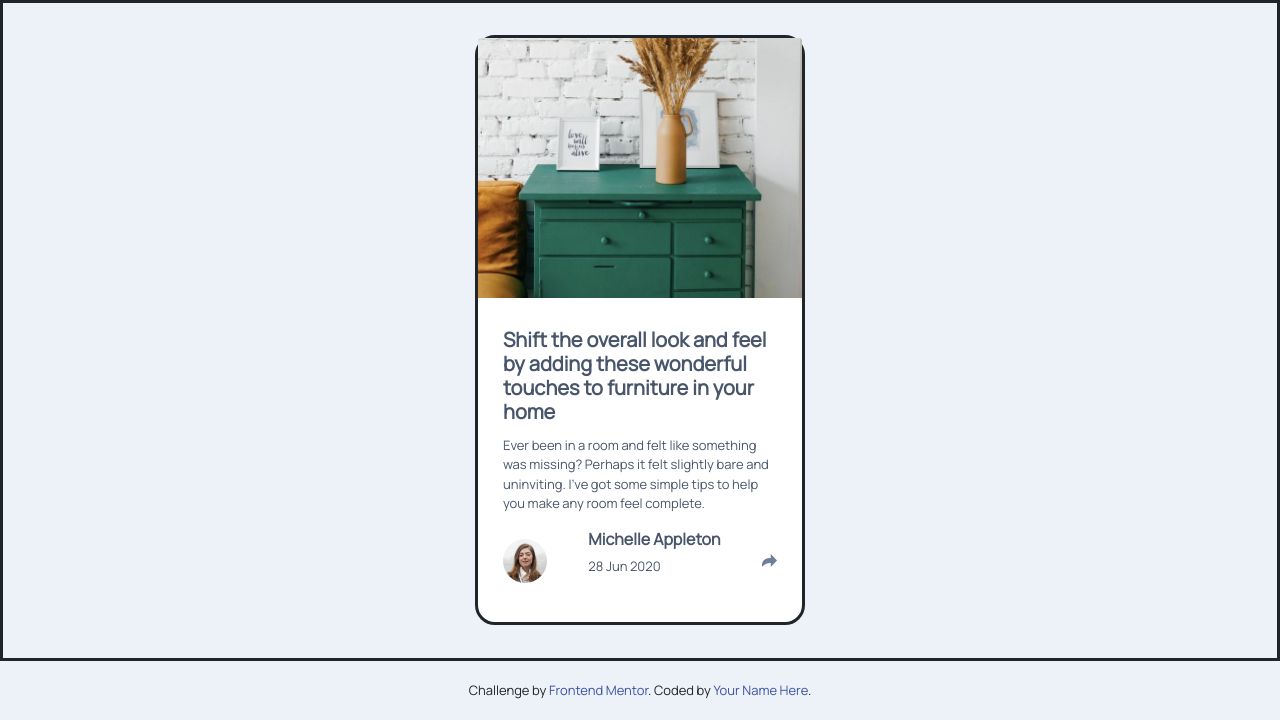
Repository: timiodulate/Article-Preview-Component
Page: index.html
An editor plug-in stored every save of this project. The page is shown before and after a run of saves, followed by the edit.
The browser window is 1280 px wide. The pictures show the whole page.

Above is the page before, as saved 2020-07-11 12:26:29.

### index.html
<!DOCTYPE html>
<html lang="en">
<head>
  <meta charset="UTF-8">
  <meta name="viewport" content="width=device-width, initial-scale=1.0"> <!-- displays site properly based on user's device -->

  <link rel="icon" type="image/png" sizes="32x32" href="./images/favicon-32x32.png">

  <!-- Bootstrap -->
  <link rel="stylesheet" href="./css/bootstrap.min.css">

  <!-- Custom Style -->
  <link rel="stylesheet" href="./css/style.css">

  <title>Frontend Mentor | Article preview component</title>
</head>
<body>

  <div class="container-fluid d-flex flex-column justify-content-center align-items-center main" style="border: solid;">

    <div class="card">

      <img src="./images/drawers.jpg" alt="" class="card-img-top img-fluid" >

      <div class="card-body">
        <h5 class="card-title">
          Shift the overall look and feel by adding these wonderful
          touches to furniture in your home
        </h5>
        <p class="card-text">
          Ever been in a room and felt like something was missing? Perhaps
          it felt slightly bare and uninviting. I’ve got some simple tips
          to help you make any room feel complete.
        </p>

        <div class="userDetails d-flex justify-content-between align-items-center">
          <img src="./images/avatar-michelle.jpg" alt="" class="rounded-circle img-fluid avatarImage">

          <div class="nameDate" style="" >
            <h6>
              Michelle Appleton
            </h6>
            <p>
              28 Jun 2020
            </p>
          </div>

          <img src="./images/icon-share.svg" alt="">
        </div>
      </div>
    </div>
  </div>
  <div class="attribution">
    Challenge by <a href="https://www.frontendmentor.io?ref=challenge" target="_blank">Frontend Mentor</a>.
    Coded by <a href="#">Your Name Here</a>.
  </div>
</body>

  <script src="https://code.jquery.com/jquery-3.5.1.slim.min.js" integrity="sha384-DfXdz2htPH0lsSSs5nCTpuj/zy4C+OGpamoFVy38MVBnE+IbbVYUew+OrCXaRkfj" crossorigin="anonymous"></script>
  <script src="./js/bootstrap.min.js"></script>
</body>
</html>

### css/style.css
@import url('http://fonts.googleapis.com/css?family=Manrope');

/* Global Resets */
* {
    padding: 0;
    margin: 0;
    box-sizing: border-box;
}

html {
    /* font-family */
    --body: Manrope;

    /* font-weight */
    --normal: 500;
    --bold: 700;

    /* color */
    --background: hsl(210, 46%, 95%);
    --header: hsl(217, 19%, 35%);

    --text: hsl(212, 23%, 69%);
    --last-section: hsl(214, 17%, 51%);
}

body {
    width: 100vw;
    height: 100vh;

    display: flex;
    flex-direction: column;
    justify-content: space-between;

    font-family: var(--body);
    font-size: 13px;
    /* background-image: url(../images/bg-intro-desktop.png); */
    background-color: var(--background);
    /* background-blend-mode: screen; */
}

h5, h6 {
    color: var(--header);
    font-weight: var(--bold);
}
p {
    color: var(--header);
}


.main {
    height: 100%;
    padding: 30px;
}
.card {
    border-radius: 20px;
    width: 330px;
    border: solid;
}
.card-body {
    padding: 30px 25px ;
}
.avatarImage {
    width: 16%;
}


/* footer */
footer .footer-container {
    display: grid;
    grid-template-columns: repeat(4, 1fr);
    margin-bottom: 30px;
}
.attribution {
    font-size: 13px;
    text-align: center;
    /* color: var(--text); */
    padding: 20px;
}
.attribution a {
    color: hsl(228, 45%, 44%);
    text-decoration: none;
}



/* Media Queries - Responsiveness */
/* LG - Large Screen */
/* @media only screen and (max-width: 992px) {

} */

/* MD - Medium Screen */
/* @media only screen and (max-width: 765px) {
    body {
        justify-content: initial;
	height: fit-content;
    }

    footer .footer-container {
        grid-template-columns: 1fr;
        margin-bottom: 20px;
        row-gap: 15px;
    }

    .attribution {
        font-size: .6rem;
        padding: 20px 10px;
        color: white;
    }
} */

/* SM - Small Screen */
/* @media only screen and (max-width: 576px){

} */


/* @timiodulate css template */

Loaded but not shown: css/bootstrap.min.css (library); js/bootstrap.min.js (library)

After the next 2 saves:
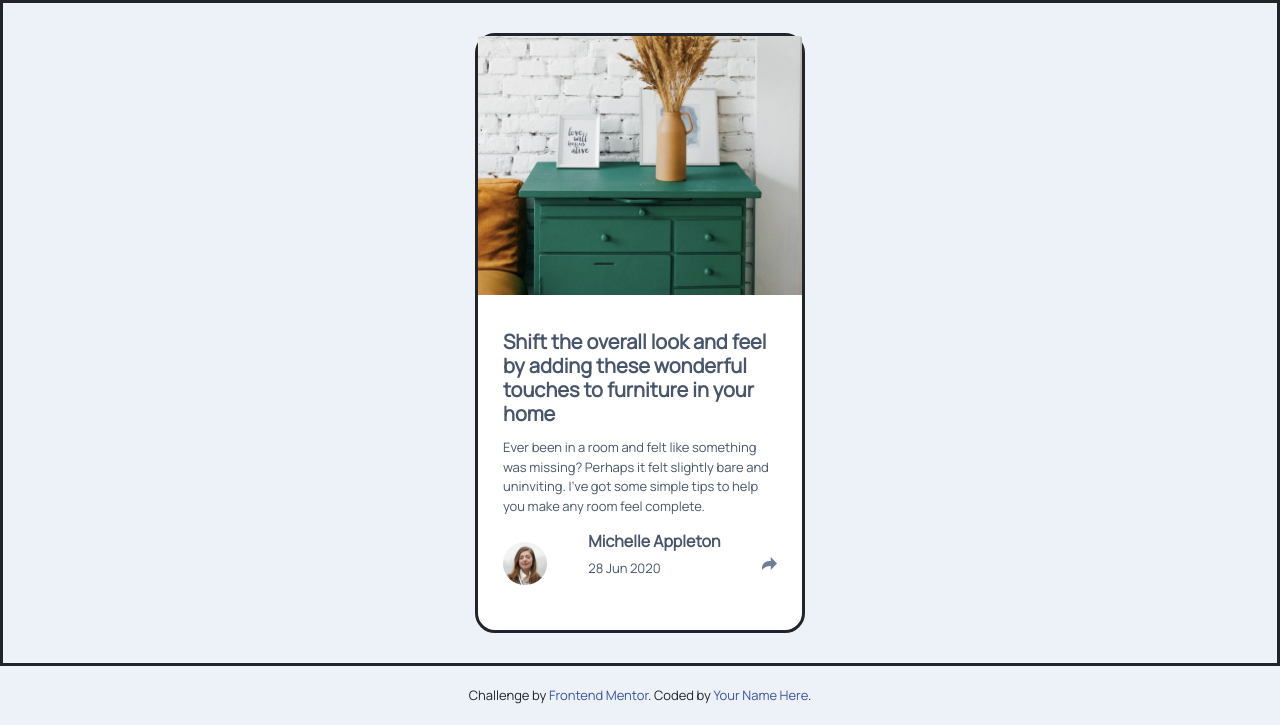
The 2 saves are shown as one change because they came seconds apart.
The last was saved 9 s later.
--- a/css/style.css
+++ b/css/style.css
@@ -57,7 +57,7 @@
     border: solid;
 }
 .card-body {
-    padding: 30px 25px ;
+    padding: 35px 25px ;
 }
 .avatarImage {
     width: 16%;
